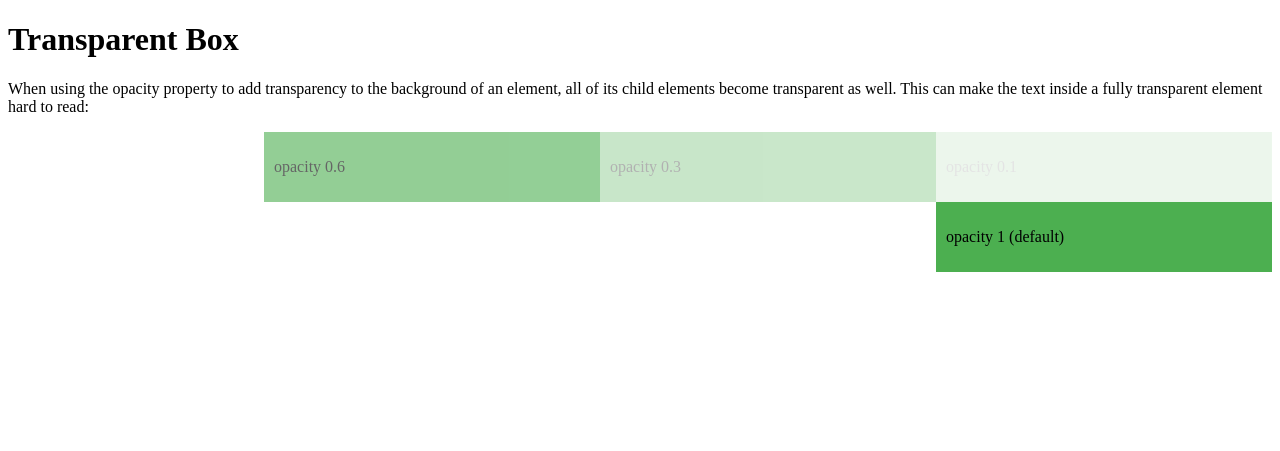
Repository: daeun0220/KB_EDU_JAVA
Page: work03_FrontUI/front02_CSS3/src/main/webapp/css05_opacity(W3C).html
The author's editor kept a copy of each file at every save. The page is drawn from the files as they stood at one save, then again after the next save.
The browser window is 1280 px wide. The pictures show the whole page.

Above is the page before, as saved 2023-08-08 01:40:27.

### work03_FrontUI/front02_CSS3/src/main/webapp/css05_opacity(W3C).html
<!DOCTYPE html>
<html>
<head>
<style>
div {
  background-color: #4CAF50;
  padding: 10px;
  width: 25%;
  float: right;
}

div.first {
  opacity: 0.1;
}

div.second {
  opacity: 0.3;
}

div.third {
  opacity: 0.6;
}

</style>
</head>
<body>

<h1>Transparent Box</h1>
<p>When using the opacity property to add transparency to the background of an element, all of its child elements become transparent as well. This can make the text inside a fully transparent element hard to read:</p>

<div class="first"><p>opacity 0.1</p></div>
<div class="second"><p>opacity 0.3</p></div>
<div class="third"><p>opacity 0.6</p></div>
<div><p>opacity 1 (default)</p></div>

</body>
</html>

After the next save:
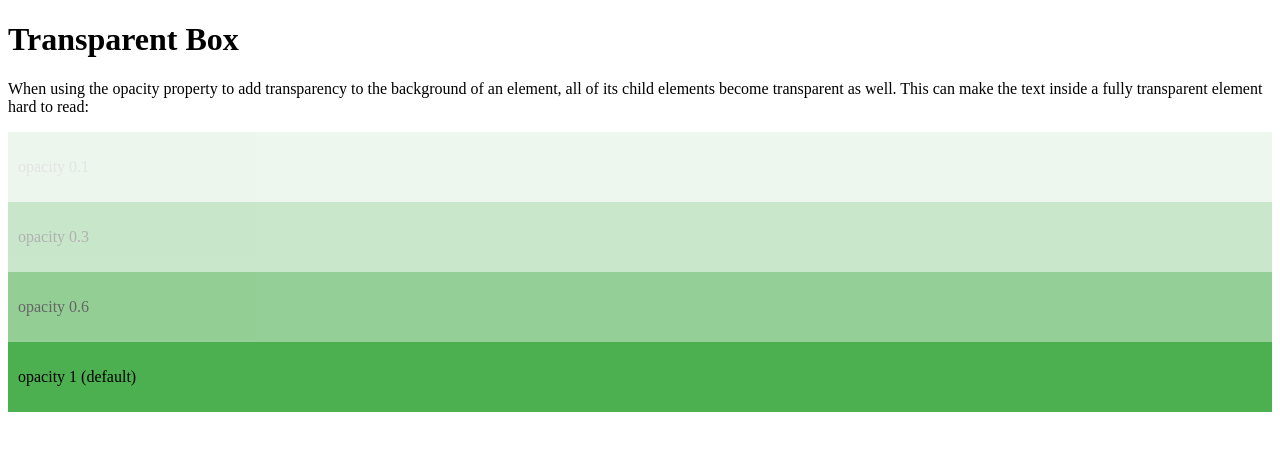
Saved 112 s later.
--- a/work03_FrontUI/front02_CSS3/src/main/webapp/css05_opacity(W3C).html
+++ b/work03_FrontUI/front02_CSS3/src/main/webapp/css05_opacity(W3C).html
@@ -5,8 +5,7 @@
 div {
   background-color: #4CAF50;
   padding: 10px;
-  width: 25%;
-  float: right;
+
 }
 
 div.first {
